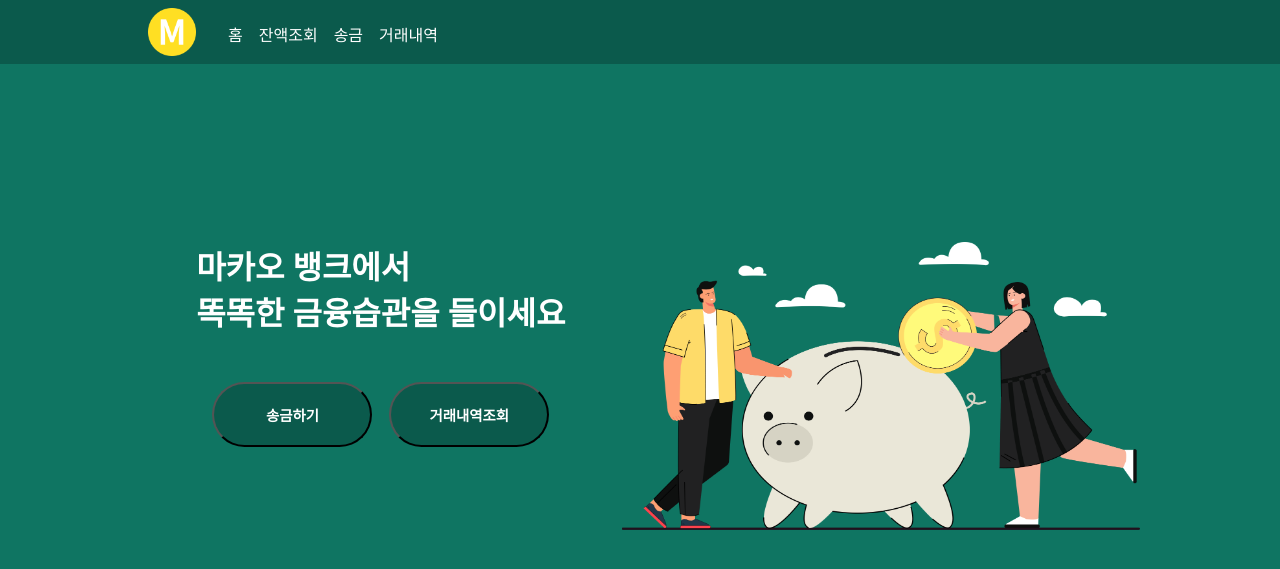
Repository: JiNookk/makaobank
Page: week06/makaoBank/index.html
An editor plug-in stored every save of this project. The page is shown before and after the next save, followed by the edit.
The browser window is 1280 px wide. The pictures show the whole page.

Above is the page before, as saved 2022-09-13 20:08:10.

After the next save:
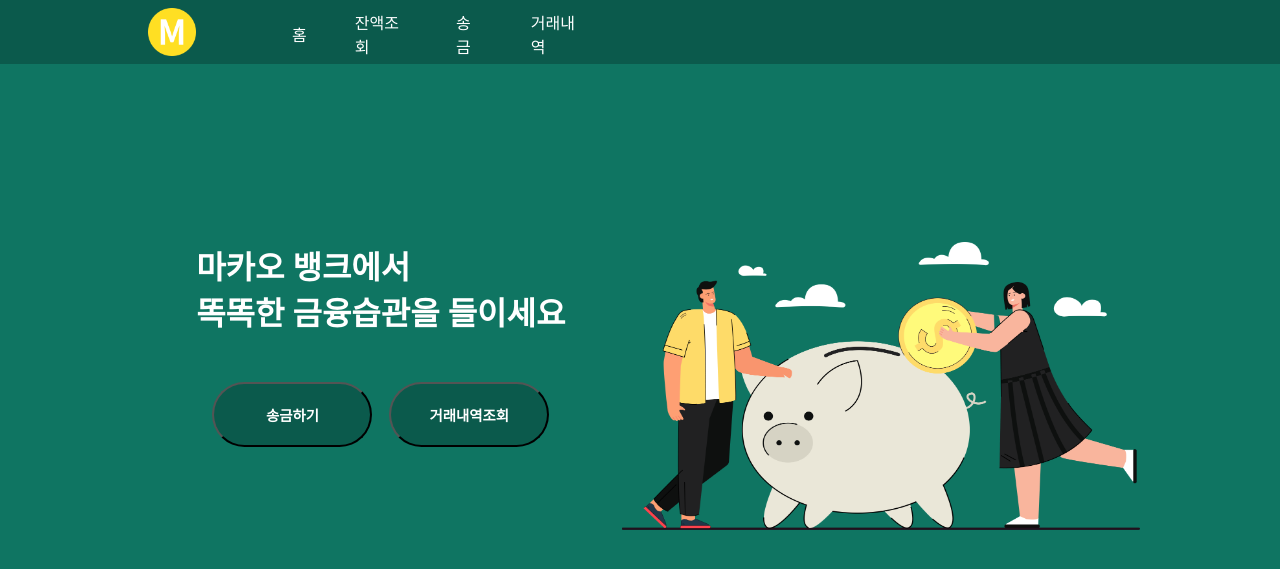
Saved 21 s later.
--- a/week06/makaoBank/css/layout.css
+++ b/week06/makaoBank/css/layout.css
@@ -45,7 +45,7 @@ nav{
 }
 
 nav *{
-    margin-right: 1rem;
+    margin-right: 3rem;
 }
 
 main{
